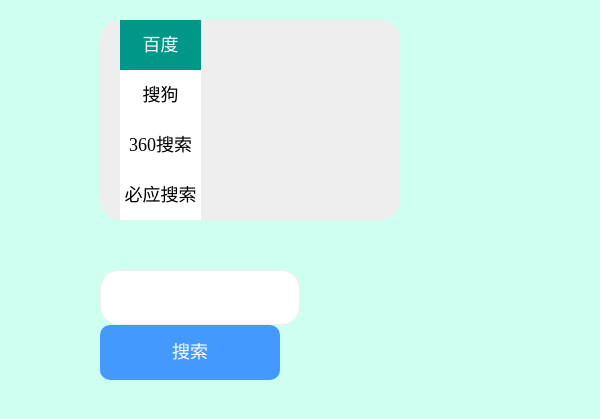
Repository: hellobz/duosousuoyinqing
Page: sousuo.html
The author's editor kept a copy of each file at every save. The page is drawn from the files as they stood at one save, then again after the next save.
The browser window is 600 px wide. The pictures show the whole page.
Some web libraries are served in a nearby version.

Above is the page before, as saved 2022-05-25 10:02:45.

After the next save:
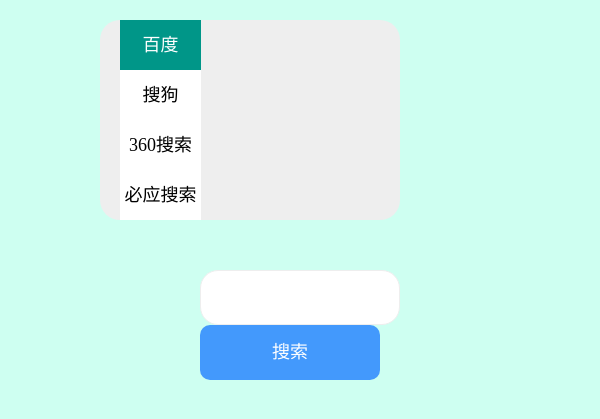
Saved 25 s later.
--- a/css/index.css
+++ b/css/index.css
@@ -86,11 +86,15 @@
 
     .wrap_content {
         display: block;
+        margin-left: auto;
+        margin-right: auto;
         width: 200px;
     }
 
     .ipt {
         display: block;
+        margin-left: auto;
+        margin-right: auto;
         width: 200px;
     }
 }
